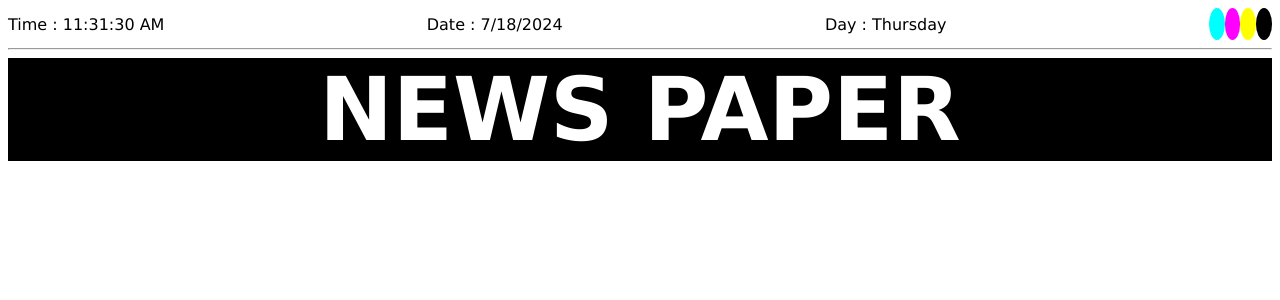
Repository: FARMAN9/new_paper
Page: /
An editor plug-in stored every save of this project. The page is shown before and after the next save, followed by the edit.
The browser window is 1280 px wide. The pictures show the whole page.
The project was rebuilt for these pictures with package versions that can differ from the ones it lists, and the page was loaded fresh each time. Also part of the build but not shown: vite.config.js.

Above is the page before, as saved 2024-07-27 23:30:54.

### index.html
<!DOCTYPE html>
<html lang="en">
  <head>
    <meta charset="UTF-8" />
    <link rel="icon" type="image/svg+xml" href="/vite.svg" />
    <meta name="viewport" content="width=device-width, initial-scale=1.0" />
    <title>NEWS PAPER</title>
  </head>
  <body>
    <div id="root"></div>
    <script type="module" src="/src/main.jsx"></script>
  </body>
</html>

### src/App.jsx
import { useState } from "react";
import reactLogo from "./assets/react.svg";
import viteLogo from "/vite.svg";
import "./App.css";
import Header from "./components/Header";

function App() {
  const [count, setCount] = useState(0);

  return (
    <>
      <Header></Header>
    </>
  );
}

export default App;

### src/index.css
* {
  font-family: "Lucida Sans", "Lucida Sans Regular", "Lucida Grande",
    "Lucida Sans Unicode", Geneva, Verdana, sans-serif;
}
body {
  background-color:;
}

### src/App.css
.mytest {
  display: flex;
  justify-content: space-between;
  align-items: center;
  height: 2rem;
  width: 100%;
}
.cmyk {
  display: flex;
  justify-content: center;
  align-items: center;
  height: inherit;
  width: 5%;
}
.cyan {
  background-color: cyan;
  color: white;
  height: inherit;
  width: 25%;
  border-radius: 50%;
}
.magenta {
  background-color: magenta;
  color: white;
  height: inherit;
  width: 25%;
  border-radius: 50%;
}
.yellow {
  background-color: yellow;
  color: black;
  height: inherit;
  width: 25%;
  border-radius: 50%;
}
.black {
  background-color: black;
  color: white;
  height: inherit;
  width: 25%;
  border-radius: 50%;
}
h1 {
  margin: 0;
  padding: 0;
  font-size: 5.5rem;
  text-align: center;
  color: white;
  background-color: black;
}

### src/components/Header.jsx
import React, { useState, useEffect } from "react";

function Header() {
  var [date, setDate] = useState(new Date());

  useEffect(() => {
    var timer = setInterval(() => setDate(new Date()), 1000);
    return function cleanup() {
      clearInterval(timer);
    };
  });
  return (
    <nav className="">
      <div className="mytest">
        <p> Time : {date.toLocaleTimeString()}</p>
        <p> Date : {date.toLocaleDateString()}</p>
        <p> Day : {date.toLocaleDateString("en-US", { weekday: "long" })}</p>
        <div className="cmyk">
          <div className="cyan"></div>
          <div className="magenta"></div>
          <div className="yellow"></div>
          <div className="black"></div>
        </div>
      </div>
      <hr />
      <h1>NEWS PAPER</h1>
    </nav>
  );
}

export default Header;

Loaded but not shown: src/main.jsx (common file)

After the next save:
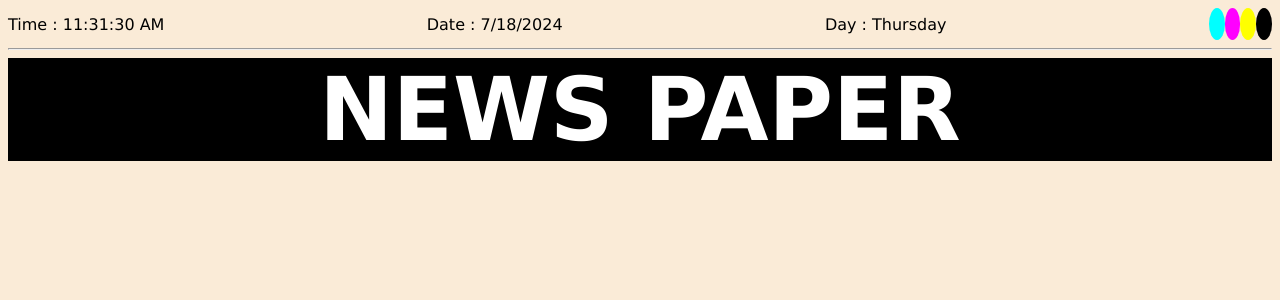
Saved 5 s later.
--- a/src/index.css
+++ b/src/index.css
@@ -3,5 +3,5 @@
     "Lucida Sans Unicode", Geneva, Verdana, sans-serif;
 }
 body {
-  background-color:;
+  background-color: antiquewhite;
 }
